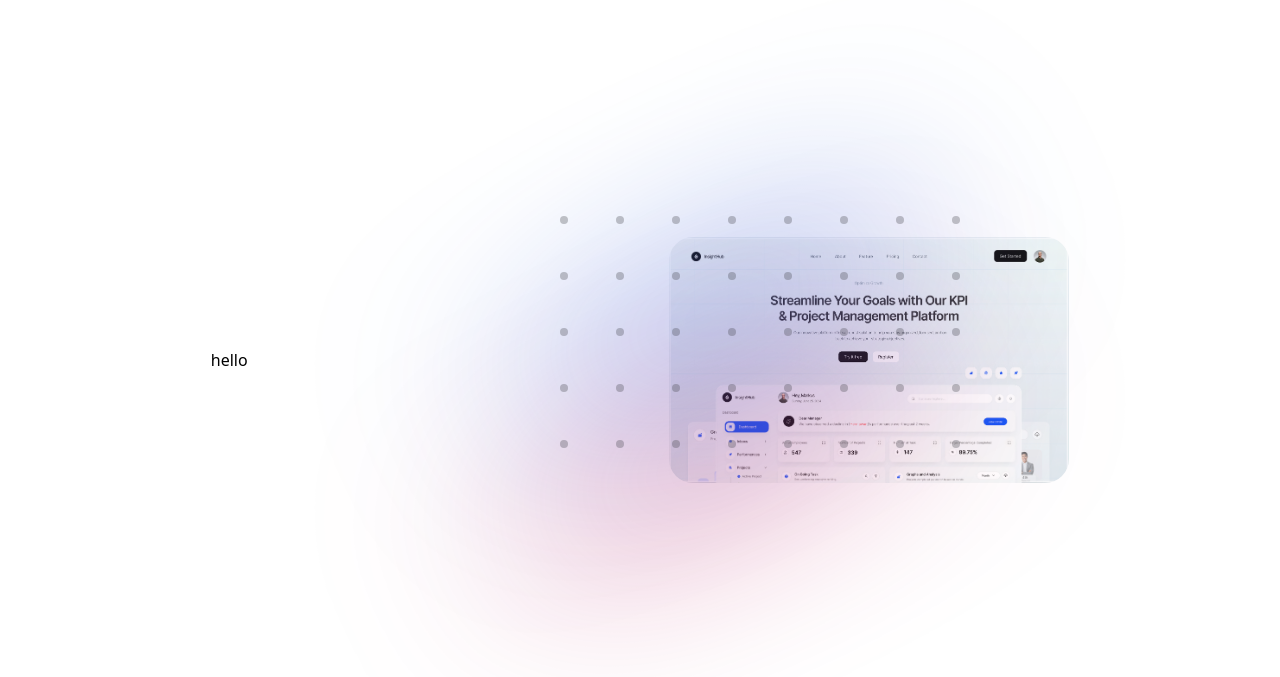
Repository: 30namp/youtube-web-art-code
Page: stunning landing page 1/index.html
An editor plug-in stored every save of this project. The page is shown before and after the next save, followed by the edit.
The browser window is 1280 px wide. The pictures show the whole page.

Above is the page before, as saved 2024-09-26 18:28:07.

After the next save:
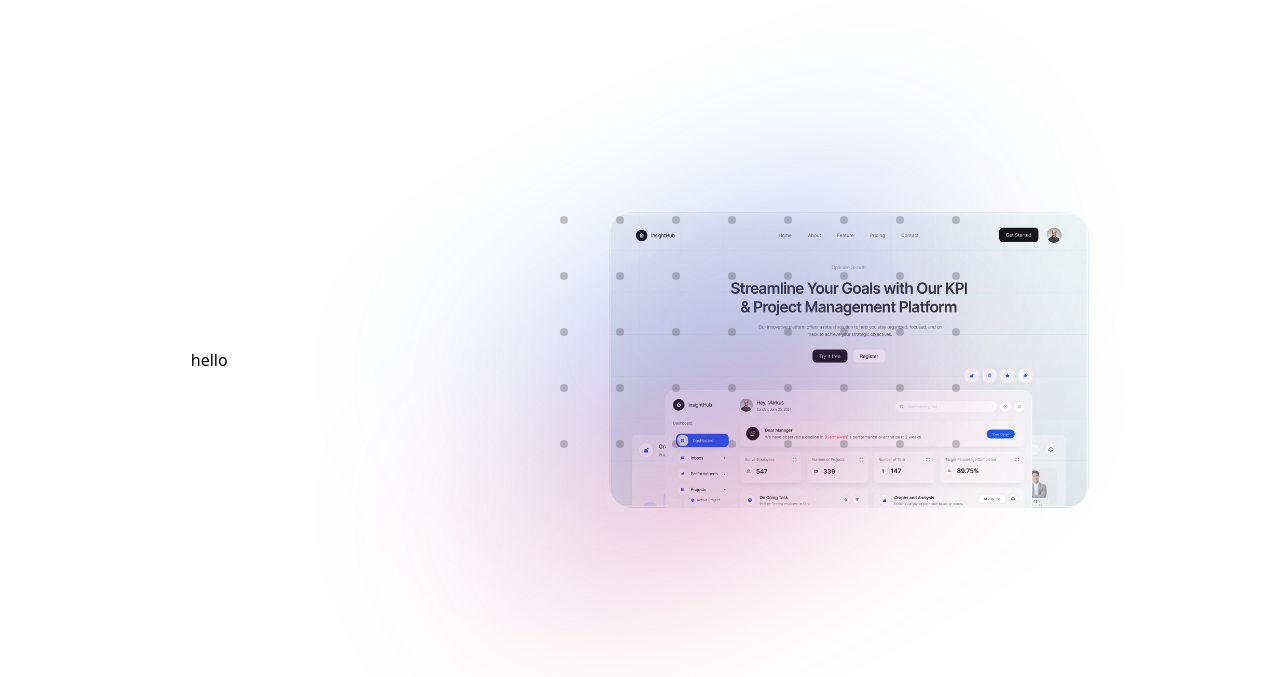
Saved 7 s later.
--- a/stunning landing page 1/index.html
+++ b/stunning landing page 1/index.html
@@ -58,7 +58,7 @@
 
     <div class="hero-section h-screen flex justify-around items-center">
       <div class="content">hello</div>
-      <img class="w-[25rem] rounded-3xl" src="./img.png" alt="" />
+      <img class="w-[30rem] rounded-3xl" src="./img.png" alt="" />
     </div>
   </body>
 </html>
